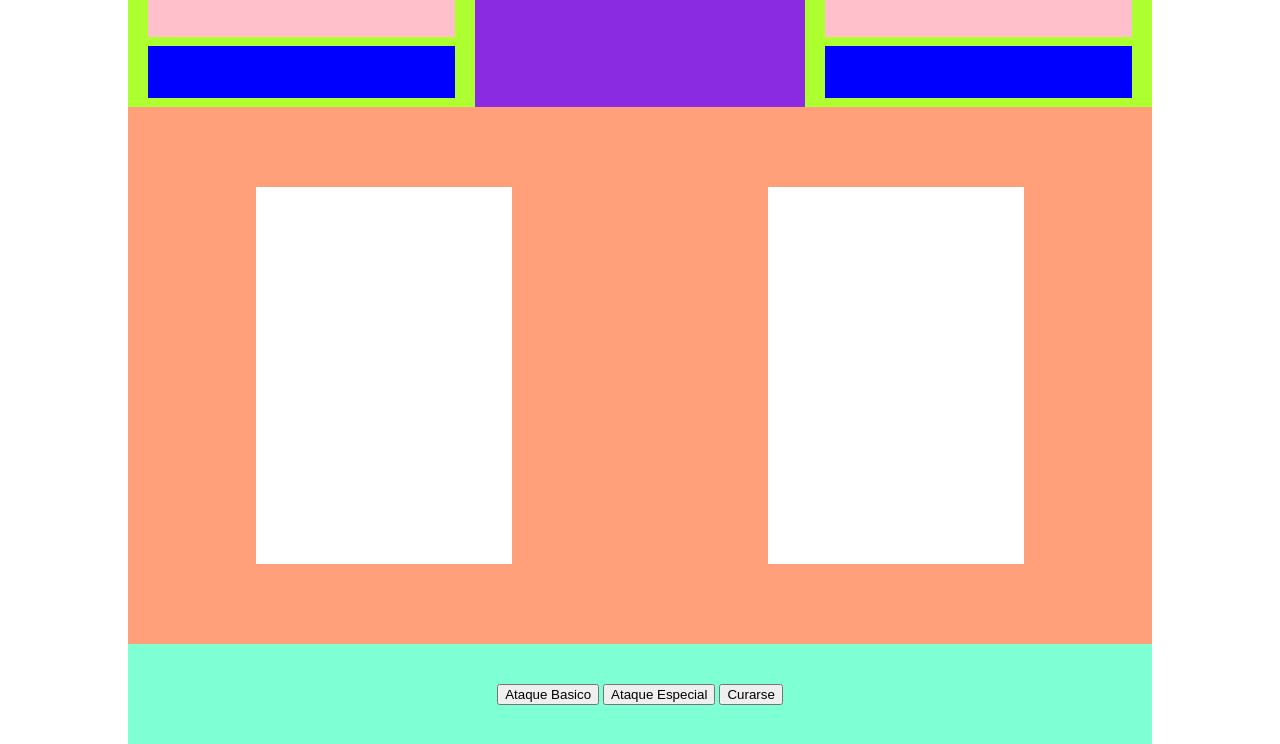
Repository: NovaDuel/novaduel-game
Page: index.html
An editor plug-in stored every save of this project. The page is shown before and after the next save, followed by the edit.
The browser window is 1280 px wide. The pictures show the whole page.
After loading, the first visible `#basic-attack` was clicked once.

Above is the page before, as saved 2024-03-25 12:30:52.

After the next save:
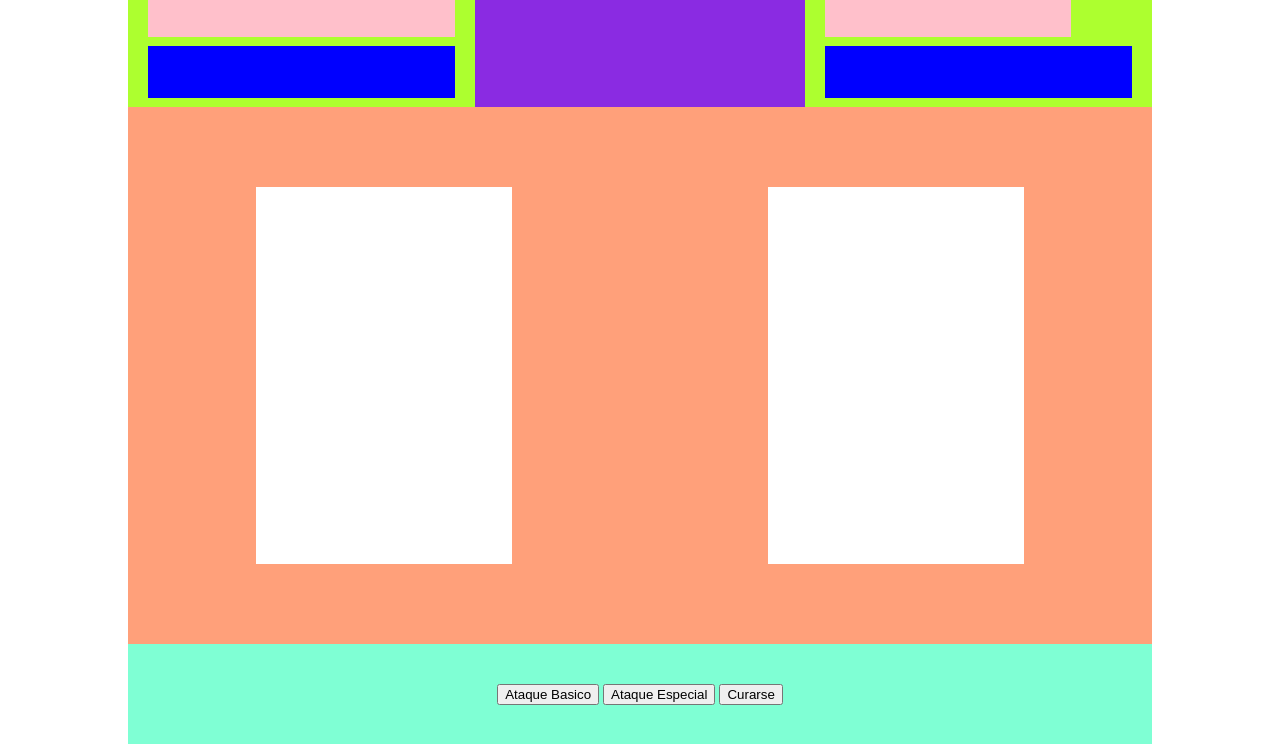
Saved 41 s later.
--- a/main.js
+++ b/main.js
@@ -80,7 +80,7 @@ function actionsEnemy(action) {
 $$('#basic-attack').addEventListener('click', function() {
     let playerStrength = player.attackPlayer();
     enemy.receiveDamage(playerStrength);
-    $$("#health-enemy").style.width = `${enemy.health}`;
+    $$("#health-enemy").style.width = `${enemy.health}%`;
     setTimeout(actionsEnemy, 2000, randomAction);
 })
 $$('#special-attack').addEventListener('click', function() {
